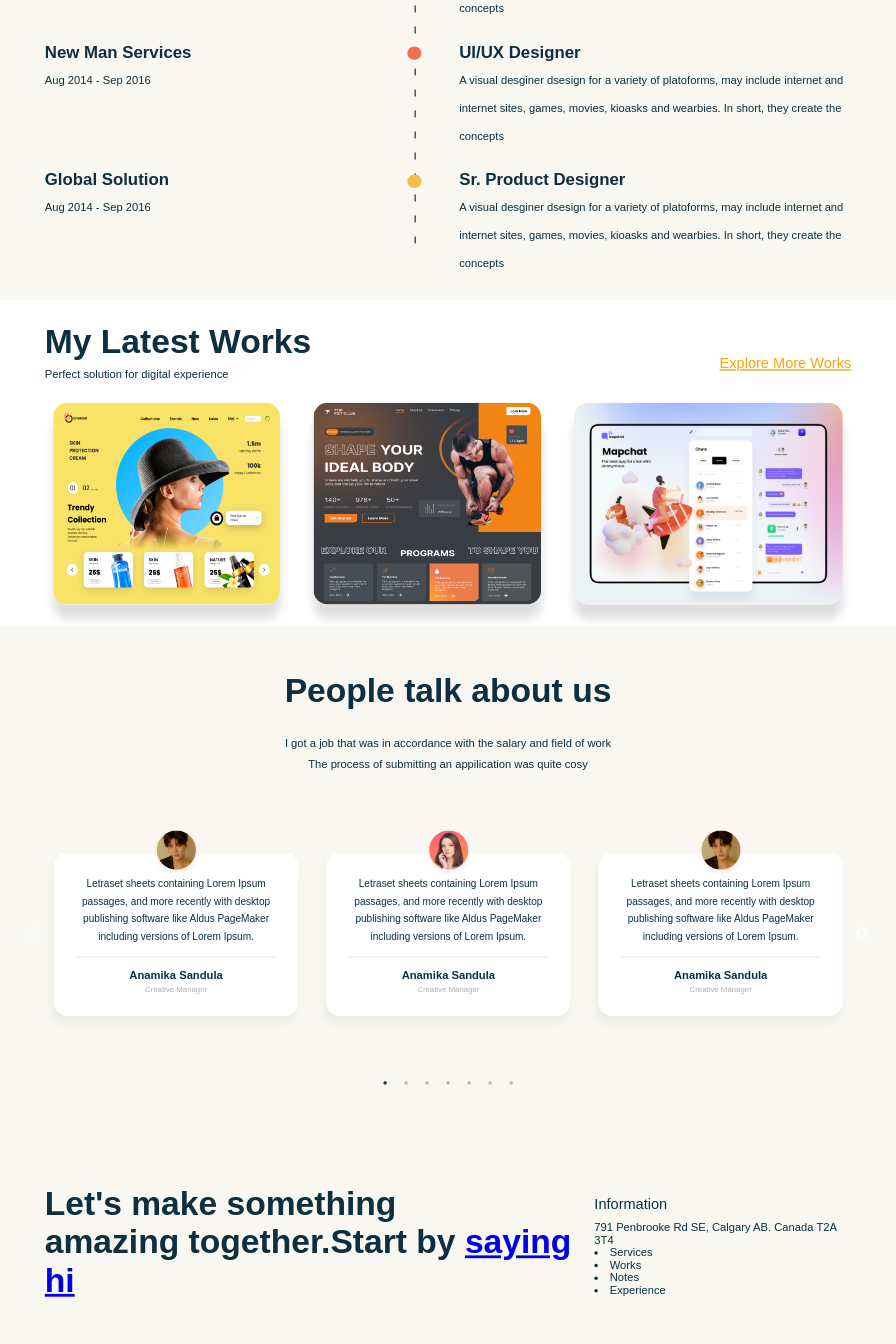
Repository: davedeguia/framer-motion-portfolio
Page: /
These files come from the project's save history. The page is drawn as it stood at one moment and after the next save; the edit follows.
The browser window is 1280 px wide. The pictures show the part of the page from y = 1459 to 3379 px (the page is 3379 px tall), at 70% of full size.
Some web fonts or font styles are not loaded; a fallback is used. Some web libraries are served in a nearby version. The project was rebuilt for these pictures with package versions that can differ from the ones it lists, and the page was loaded fresh each time. Also part of the build but not shown: vite.config.js.

Above is the page before, as saved 2023-02-11 07:33:32.

### index.html
<!DOCTYPE html>
<html lang="en">
  <head>
    <meta charset="UTF-8" />
    <link rel="icon" type="image/svg+xml" href="/vite.svg" />
    <meta name="viewport" content="width=device-width, initial-scale=1.0" />
    <link rel="stylesheet" href="https://stijndv.com/fonts/Eudoxus-Sans.css" />
    <link
      rel="stylesheet"
      type="text/css"
      charset="UTF-8"
      href="https://cdnjs.cloudflare.com/ajax/libs/slick-carousel/1.6.0/slick.min.css"
    />
    <link
      rel="stylesheet"
      type="text/css"
      href="https://cdnjs.cloudflare.com/ajax/libs/slick-carousel/1.6.0/slick-theme.min.css"
    />
      <title>Dave DG</title>
  </head>
  <body>
    <div id="root"></div>
    <script type="module" src="/src/main.jsx"></script>
  </body>
</html>

### src/main.jsx
import React from 'react'
import ReactDOM from 'react-dom/client'
import App from './App'
import './styles/index.css'
import './styles/global.scss'

ReactDOM.createRoot(document.getElementById('root')).render(
  <React.StrictMode>
    <App />
  </React.StrictMode>
)

### src/App.jsx
import Experties from './components/Experties/Experties'
import Footer from './components/Footer/Footer'
import Header from './components/Header/Header'
import Hero from './components/Hero/Hero'
import People from './components/People/People'
import Portfolio from './components/Portfolio/Portfolio'
import Works from './components/Works/Works'
import css from './styles/app.module.scss'

const App = () => {
  return (
    <div className={`bg-primary ${css.container}`}>
      <Header />
      <Hero />
      <Experties />
      <Works />
      <Portfolio />
      <People />
      <Footer />
    </div>
  )
}

export default App

### src/styles/index.css
* {
    margin: 0;
    padding: 0;
    box-sizing: border-box;
    scroll-behavior: smooth;
    font-family: "Eudoxus Sans", sans-serif;
  }

### src/styles/global.scss
@import './constants.scss';

.bg-primary {
  background: #F8F7F1;
}

.innerWidth {
  @media (min-width: $xxl) {
    max-width: 1280px;
    margin: auto;
  }

  width: 100%;
}

.paddings {
  @media (min-width: $sm) {
    padding: 4rem;
  }


  @media (min-width: $xl),
  (min-width: $md) {
    padding-top: 2rem;
    padding-bottom: 2rem;
  }

  padding-left: 1.5rem;
  padding-right: 1.5rem;
  padding-top: 1.5rem;
  padding-bottom: 1.5rem;
}



.xPaddings {
  @media (min-width: $sm) {
    padding-left: 4rem;
    padding-right: 4rem;
  }

  padding-left: 1.5rem;
  /* 24px */
  padding-right: 1.5rem;
  /* 24px */
}

.yPaddings {
  @media (min-width: $sm) {
    padding-top: 4rem;
    padding-bottom: 4rem;
  }

  @media (min-width: $xl) {
    padding-top: 2rem;
    padding-bottom: 2rem;
  }

  padding-top: 3rem;
  padding-bottom: 3rem;
}

.topPaddings {
  @media (min-width : $sm) {
    padding-top: 4rem;
  }

  @media (min-width: $xl) {
    padding-top: 2rem;
  }

  padding-top: 3rem;
}


.bottomPaddings {
  @media (min-width : $sm) {
    padding-bottom: 4rem;
  }

  @media (min-width: $xl) {
    padding-bottom: 2rem;
  }

  padding-bottom: 3rem;
}


.flexCenter {
  display: flex;
  justify-content: center;
  align-items: center;
}

.flexStart {
  display: flex;
  justify-content: start;
  align-items: center;
}

.flexEnd {
  display: flex;
  justify-items: end;
}

.primaryText {
  @media (max-width: $sm) {
    font-size: 2.5rem;
  }
  font-size: 3rem;
  font-weight: bold;
}

.secondaryText {
  @media (max-width: $sm) {
    font-size: 1.1rem;
    line-height: 40px;
  }
  line-height: 50px;
  font-size: 1.3rem;
  font-weight: 500
}
.anchor {
  display: block;
  position: relative;
  top: -100px;
  visibility: hidden;
}

### src/components/Footer/Footer.jsx
import React from 'react'
import css from './Footer.module.scss'
import { motion } from 'framer-motion'
import { footerVariants, staggerChildren } from '../../utils/motion.js'

const Footer = () => {
  return (
    <motion.section
      variants={staggerChildren}
      initial='hidden'
      whileInView='show'
      viewport={{ once: false, amount: 0.25 }}
      className={`paddings ${css.wrapper}`}
    >
      <motion.div
        variants={footerVariants}
        initial='hidden'
        whileInView='show'
        viewport={{ once: false, amount: 0.25 }}
        className={`innerWidth yPaddings flexCenter ${css.container}`}
      >
        <div className={css.left}>
          <span className='primaryText'>
            Let's make something <br /> amazing together.
          </span>
          <span className='primaryText'>
            Start by <a href='mailto:dave.deguia@gmail.com'>saying hi</a>
          </span>
        </div>
        <div className={css.right}>
          <div className={css.info}>
            <span className='secondaryText'>Information</span>
            <p>791 Penbrooke Rd SE, Calgary AB. Canada T2A 3T4</p>
          </div>

          <div className={css.menu}>
            <li>Services</li>
            <li>Works</li>
            <li>Notes</li>
            <li>Experience</li>
          </div>
        </div>
      </motion.div>
    </motion.section>
  )
}

export default Footer

### src/components/Header/Header.jsx
import React, { useState, useRef } from 'react'
import css from './Header.module.scss'
import { BiMenuAltRight, BiPhoneCall } from 'react-icons/bi'
import { motion } from 'framer-motion'
import { getMenuStyles, headerVariants } from '../../utils/motion'
import useOutsideAlerter from '../../hooks/useOutsideAlerter'
import useHeaderShadow from '../../hooks/useHeaderShadow'

const Header = () => {
  const menuRef = useRef(null)
  const [menuOpened, setMenuOpened] = useState(false)
  const headerShadow = useHeaderShadow()

  //to handle click outside of sidebar on mobile
  useOutsideAlerter({
    menuRef,
    setMenuOpened,
  })

  return (
    <motion.div
      initial='hidden'
      whileInView='show'
      variants={headerVariants}
      viewport={{ once: false, amount: 0.25 }}
      className={`bg-primary paddings ${css.wrapper}`}
      style={{ boxShadow: headerShadow }}
    >
      <div className={`flexCenter innerWidth ${css.container}`}>
        <div className={css.name}>Dave DG</div>
        <ul
          style={getMenuStyles(menuOpened)}
          className={`flexCenter ${css.menu}`}
        >
          <li>
            <a href='#experties'>Services</a>
          </li>

          <li>
            <a href='#work'>Experience</a>
          </li>

          <li>
            <a href='#portfolio'>Portfolio</a>
          </li>

          <li>
            <a href='#people'>Testimonials</a>
          </li>

          <li className={`flexCenter ${css.phone}`}>
            <p>+1403 969 9539</p>
            <BiPhoneCall size={'40px'} />
          </li>
        </ul>
        {/* for medium and small screens */}
        <div
          className={css.menuIcon}
          onClick={() => setMenuOpened((prev) => !prev)}
        >
          <BiMenuAltRight size={30} />
        </div>
      </div>
    </motion.div>
  )
}

export default Header

### src/components/Hero/Hero.jsx
import React from 'react'
import css from './Hero.module.scss'
import { motion } from 'framer-motion'
import { fadeIn, slideIn, staggerContainer } from '../../utils/motion'

const Hero = () => {
  return (
    <section className={`paddings ${css.wrapper}`}>
      <motion.div
        variants={staggerContainer}
        initial='hidden'
        whileInView='show'
        viewport={{ once: false, amount: 0.25 }}
        className={`innerWidth ${css.container}`}
      >
        {/* upper elements */}
        <div className={css.upperElements}>
          <motion.span
            variants={fadeIn('right', 'tween', 0.2, 1)}
            className='primaryText'
          >
            Hey There, <br /> I'm Dave.
          </motion.span>
          <motion.span
            variants={fadeIn('left', 'tween', 0.4, 1)}
            className='secondaryText'
          >
            I design beautiful simple <br /> things, And I love what I do
          </motion.span>
        </div>

        {/* person image */}
        <motion.div
          variants={fadeIn('up', 'tween', 0.3, 1)}
          className={css.person}
        >
          <motion.img
            variants={slideIn('up', 'tween', 0.5, 1.3)}
            src='./person.png'
            alt=''
          />
        </motion.div>

        {/* email */}
        <a className={css.email} href='mailto:dave.deguia@gmail.com'>
          dave.deguia@gmail.com
        </a>

        {/* lower elements */}
        <div className={css.lowerElements}>
          <div className={css.experience}>
            <div className='primaryText'>10</div>
            <div className='secondaryText'>
              <div>Years</div>
              <div>Experience</div>
            </div>
          </div>
          <div className={css.certificate}>
            <img src='./certificate.png' alt='' />
            <span>FRONT END DEVELOPER</span>
            <span>UI/UX DESIGNER</span>
          </div>
        </div>
      </motion.div>
    </section>
  )
}

export default Hero

### src/components/People/People.jsx
import React from 'react'
import { comments, sliderSettings } from '../../utils/data'
import css from './People.module.scss'
import Slider from 'react-slick'
import { motion } from 'framer-motion'
import { footerVariants, staggerChildren } from '../../utils/motion'
const People = () => {
  return (
    <motion.section
      variants={staggerChildren}
      initial='hidden'
      whileInView='show'
      viewport={{ once: false, amount: 0.25 }}
      section
      className={`paddings ${css.wrapper}`}
    >
      <a className='anchor' id='people'></a>

      <motion.div
        variants={footerVariants}
        className={`yPaddings innerWidth ${css.container}`}
      >
        <div className={`flexCenter ${css.heading}`}>
          <span className='primaryText'>People talk about us</span>
          <p style={{ marginTop: '2rem' }}>
            I got a job that was in accordance with the salary and field of work
          </p>
          <p>The process of submitting an appilication was quite cosy</p>
        </div>

        <div className={`yPaddings ${css.comments}`}>
          {/* to use slider , we have to inlcude css in index.html head */}
          <Slider {...sliderSettings} className={css.slider}>
            {comments.map((comment, i) => {
              return (
                <div className={`flexCenter ${css.comment}`}>
                  <img src={comment.img} alt='' />
                  <p>{comment.comment}</p>
                  <div className={css.line}></div>
                  <div className={css.bio}>
                    <span>{comment.name}</span>
                    <span>{comment.post}</span>
                  </div>
                </div>
              )
            })}
          </Slider>
        </div>
      </motion.div>
    </motion.section>
  )
}

export default People

### src/components/Portfolio/Portfolio.jsx
import React from 'react'
import { motion } from 'framer-motion'
import css from './Portfolio.module.scss'
import { fadeIn, staggerChildren, textVariant } from '../../utils/motion'
const Portfolio = () => {
  return (
    <motion.section
      variants={staggerChildren}
      initial='hidden'
      whileInView='show'
      viewport={{ once: false, amount: 0.25 }}
      className={`paddings ${css.wrapper}`}
    >
      <a className='anchor' id='portfolio'></a>

      <div className={`innerWidth flexCenter ${css.container}`}>
        <motion.div
          variants={textVariant(0.4)}
          className={`flexCenter ${css.heading}`}
        >
          <div>
            <span className='primaryText'>My Latest Works</span>
            <p style={{ marginTop: '10px' }}>
              Perfect solution for digital experience
            </p>
          </div>
          <span className='secondaryText'>Explore More Works</span>
        </motion.div>

        <div className={`flexCenter ${css.showCase}`}>
          <motion.img
            variants={fadeIn('up', 'tween', 0.5, 0.6)}
            src='./showCase1.png'
            alt='project'
          />
          <motion.img
            variants={fadeIn('up', 'tween', 0.7, 0.6)}
            src='./showCase2.png'
            alt='project'
          />
          <motion.img
            variants={fadeIn('up', 'tween', 0.9, 0.6)}
            src='./showCase3.png'
            alt='project'
          />
        </div>
      </div>
    </motion.section>
  )
}

export default Portfolio

### src/components/Works/Works.jsx
import React from 'react'
import { workExp } from '../../utils/data'
import css from './Works.module.scss'
import { motion } from 'framer-motion'
import {
  fadeIn,
  staggerChildren,
  textVariant2,
  zoomIn,
} from '../../utils/motion'
const Works = () => {
  return (
    <motion.section
      variants={staggerChildren}
      initial='hidden'
      whileInView='show'
      viewport={{ once: false, amount: 0.25 }}
      className={`paddings ${css.wrapper}`}
    >
      <a className='anchor' id='work'></a>

      <div className={`innerWidth flexCenter ${css.container}`}>
        {/* heading */}
        <span className='primaryText yPaddings'>My Work Experience</span>

        <div className={`flexCenter ${css.experiences}`}>
          {workExp.map((exp, i) => {
            return (
              <motion.div
                variants={textVariant2}
                key={i}
                className={`flexCenter ${css.exp}`}
              >
                <div className={css.post}>
                  <h1>{exp.place}</h1>
                  <p>{exp.tenure}</p>
                </div>
                <div className={css.role}>
                  <h1>{exp.role}</h1>
                  <p>{exp.detail}</p>
                </div>
              </motion.div>
            )
          })}

          <motion.div variants={zoomIn(1, 1)} className={css.progressbar}>
            <motion.div
              variants={fadeIn('down', 'tween', 2, 1.5)}
              className={css.line}
            ></motion.div>
            <div>
              <div
                className={css.circle}
                style={{ background: '#286F6C' }}
              ></div>
            </div>
            <div>
              <div
                className={css.circle}
                style={{ background: '#F2704E' }}
              ></div>
            </div>
            <div>
              <div
                className={css.circle}
                style={{ background: '#EEC048' }}
              ></div>
            </div>
          </motion.div>
        </div>
      </div>
    </motion.section>
  )
}

export default Works

### src/styles/app.module.scss
@import './constants.scss';

.container{
    overflow-x: clip;
    position: relative;
    color: $primary;

}

### src/components/Experties/Experties.module.scss
@import './../../styles/constants.scss';

.wrapper {
    background: white;

    .container {
        align-items: flex-start;
        gap: 2rem;
        flex-wrap: wrap;
        >div {
            flex: 1;
        }

        .leftSide {
            display: flex;
            flex-direction: column;
            gap: 2rem;

            .exp {
                display: flex;
                align-items: center;
                border: 1px solid $secondary-white;
                border-radius: 20px;
                padding: 1.5rem;
                gap: 2rem;
                transition: all 200ms ease-out;

                &:hover {
                    cursor: pointer;
                    box-shadow: 0px 21px 13px rgba(0, 0, 0, 0.04);
                }

                //icon circles
                >:nth-child(1) {
                    padding: 10px;
                    width: 3rem;
                    height: 3rem;
                    border-radius: 999px;
                }

                //description
                >:nth-child(2) {
                    display: flex;
                    flex-direction: column;
                    gap: 1rem;

                    >:nth-child(1) {
                        font-size: 1.6rem;
                        font-weight: bold;
                    }
                }

            }
        }

        .rightSide {
            @media (max-width: $sm) {
                text-align: center;
            }
            display: flex;
            flex-direction: column;
            gap: 2rem;

            .stats {
                justify-content: flex-start;
                gap: 4rem;

                .stat {
                    flex-direction: column;
                    justify-content: flex-start;
                }
            }
        }
    }
}

### src/components/Header/Header.module.scss
@import './../../styles/constants.scss';

.wrapper {
    position: relative;
    z-index: 99;
    opacity: 1;
    transform: none;
    position: sticky;
    top: 0px;
    transition: all 300ms ease;

    .container {
        position: relative;
        justify-content: space-between;
        font-weight: 500;

        .name {
            font-size: 1.5rem;
            font-weight: 500;
        }

        .menu {

            @media (max-width: $sm),
            (max-width: $md) {
                position: absolute;
                list-style: none;
                gap: 2rem;
                font-weight: 500;
                flex-direction: column;
                right: 0;
                top: 3rem;
                height: calc(100vh - 6.3rem);
                width: 50%;
                min-width: 15rem;
                background: white;
                padding: 2rem;
                display: flex;
                border-radius: 10px;
                transition: all 200ms ease;
                align-items: flex-start;
                padding: 3rem;
                justify-content: flex-start;
                box-shadow: 0px 4px 4px rgba(0, 0, 0, 0.05);
            }

            text-transform: uppercase;
            font-size: 1rem;
            list-style: none;
            gap: 1.5rem;
            cursor: pointer;

            li {
                a {
                    color: inherit;
                    text-decoration: none;
                }

                &:hover {
                    color: $secondary;
                }
            }

            .phone {
                gap: 1.2rem;
                flex-wrap: wrap;

                svg {
                    color: $secondary;
                    background-color: white;
                    padding: 10px;
                    border-radius: 999px;
                    box-shadow: 0px 4px 4px rgba(0, 0, 0, 0.05);
                }
            }
        }



        .menuIcon {

            @media (max-width: $sm),
            (max-width: $md) {
                display: block;
            }

            display: none;
        }
    }
}

### src/hooks/useOutsideAlerter.jsx
import { useEffect, useState } from "react";

export default function useOutsideAlerter({menuRef, setMenuOpened}) {
  const viewport_width = document.documentElement.clientWidth;
  useEffect(() => {
    /**
     * Alert if clicked on outside of element
     */
    function handleClickOutside(event) {
      if (menuRef.current && !menuRef.current.contains(event.target)) {
        if (viewport_width <= 640) {
            setMenuOpened(false);
        }
      }
    }
    // Bind the event listener
    document.addEventListener("mousedown", handleClickOutside);
    return () => {
      // Unbind the event listener on clean up
      document.removeEventListener("mousedown", handleClickOutside);
    };
  }, [menuRef]);

}

### src/components/Portfolio/Portfolio.module.scss
@import './../../styles/constants.scss';

.wrapper{
    background: white;
    overflow: hidden;
    .container{
        flex-direction: column;
        gap: 2rem;
        .heading{
            width: 100%;
            justify-content: space-between;
            align-items: flex-end;
            flex-wrap: wrap;
            >:nth-child(2)
            {
                text-decoration: underline;
                color: orange;
                cursor: pointer;
            }
        }

        .showCase{
            width: 100%;
            gap: 1.5rem;
            justify-content: space-around;
            flex-wrap: wrap;
            >img{

                @media (max-width: $sm) {
                    width: 100%;
                }
                border-radius: 20px;
                max-width: 25rem;
                max-height: 18rem;
                box-shadow: 0px 21px 13px rgba(0, 0, 0, 13%);
                cursor: pointer;
            }
        }
    }
}

### src/components/Works/Works.module.scss
@import './../../styles/constants.scss';

.wrapper {
    .container {
        flex-direction: column;
        gap: 2rem;

        .experiences {
            width: 100%;
            flex-direction: column;
            gap: 1.4rem;
            position: relative;

            .exp {
                width: 100%;
                justify-content: space-between;
                line-height: 40px;
                align-items: flex-start;

                >div {
                    flex: 1;
                }

                .role {
                    margin-left: 2rem;
                }
            }

            .progressbar {
                position: absolute;
                height: 100%;
                display: flex;
                flex-direction: column;
                gap: 1.4rem;
                left: 45%;

                .line {
                    position: absolute;
                    height: 92%;
                    width: 2px;
                    background-image: linear-gradient(black 33%, rgba(255, 255, 255, 0) 0%);
                    background-position: right;
                    background-size: 2px 30px;
                    background-repeat: repeat-y;
                    left: 48%;
                    z-index: 1;
                    border-radius: 5px;
                }

                >div {
                    flex: 1;
                    padding-top: .8rem;
                    z-index: 2;

                    .circle {
                        border-radius: 50%;
                        background: black;
                        width: 1.2rem;
                        height: 1.2rem;
                    }
                }
            }
        }

    }
}

### src/components/Footer/Footer.module.scss
@import './../../styles/constants.scss';

.wrapper {

    .container {

    }
}

Loaded but not shown: src/styles/constants.scss (common file); src/hooks/useHeaderShadow.jsx (common file); src/utils/data.js (156 lines, source omitted); src/utils/motion.js (151 lines, source omitted); src/components/People/People.module.scss (78 lines, source omitted); src/components/Hero/Hero.module.scss (92 lines, source omitted); src/components/Experties/Experties.jsx (66 lines, source omitted)

After the next save:
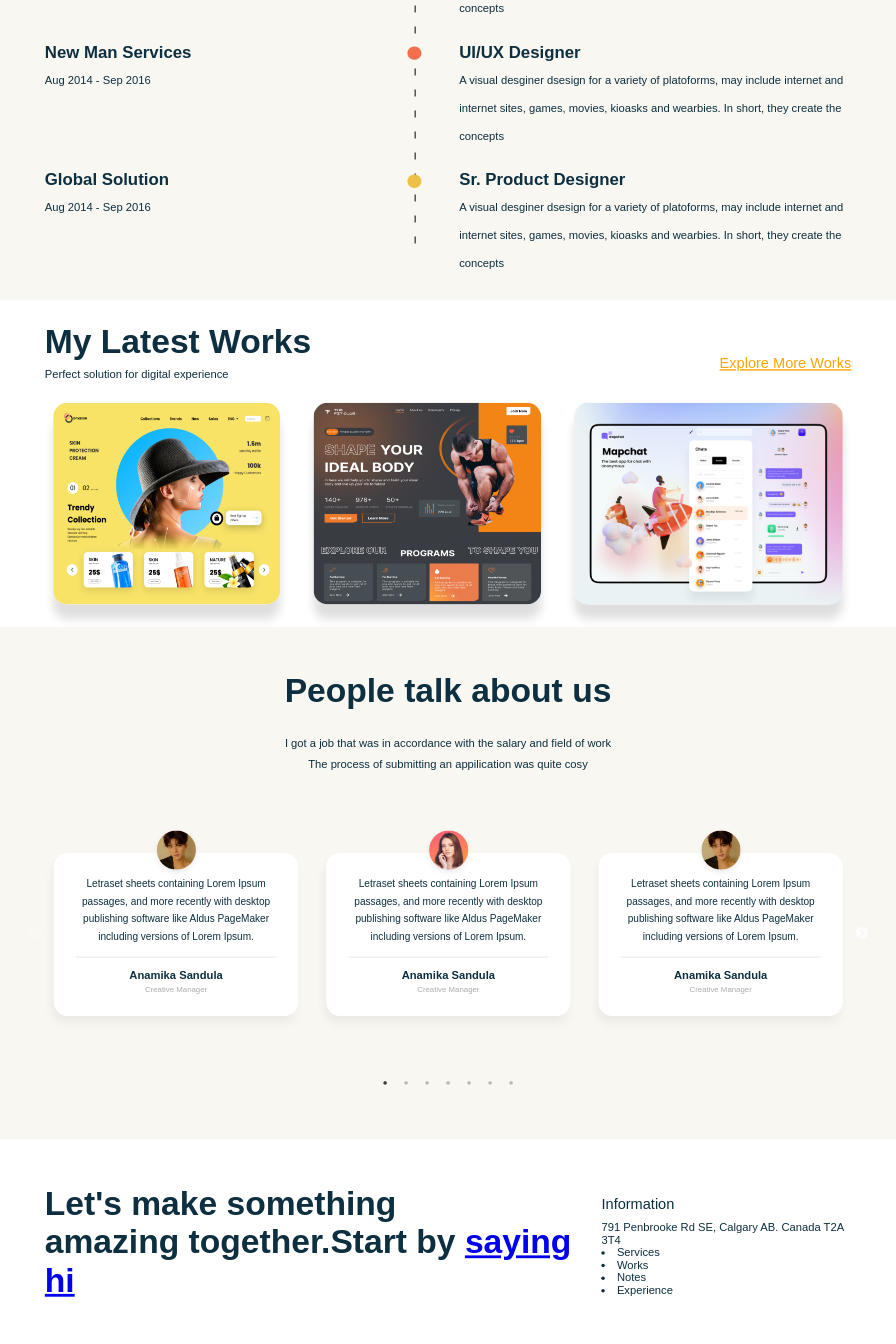
Saved 59 s later.
--- a/src/components/Footer/Footer.module.scss
+++ b/src/components/Footer/Footer.module.scss
@@ -2,7 +2,9 @@
 
 .wrapper {
 
+    background: white;
     .container {
+        gap: 2rem;
 
     }
 }
